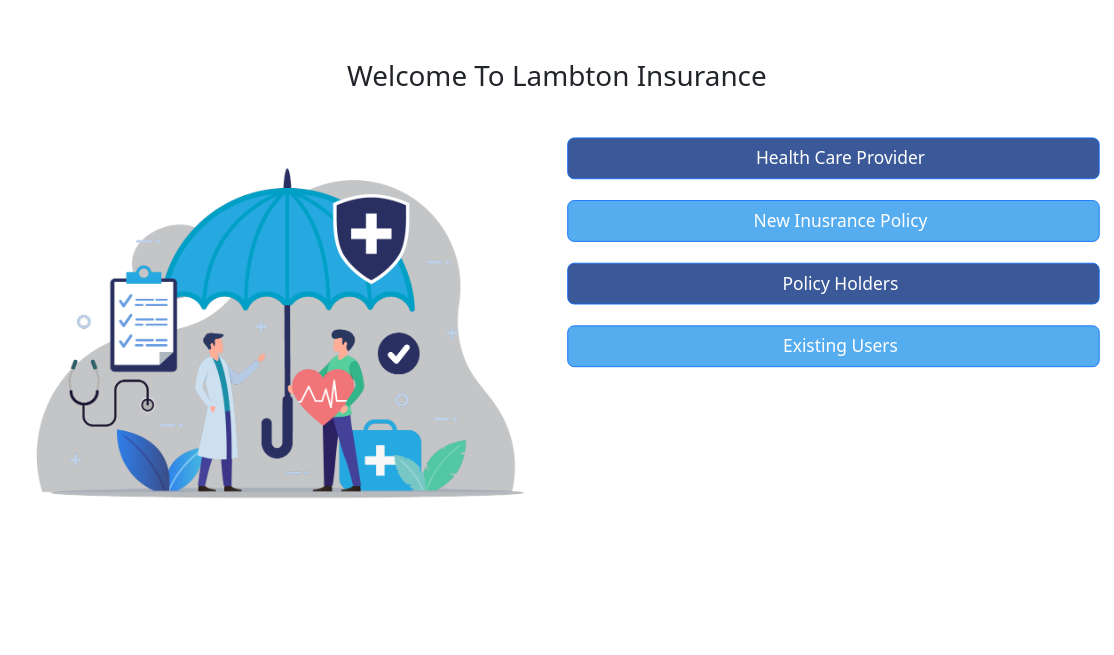
Repository: Puttaz/InsuranceGUI_React
Page: /index (app in client/)
These files come from the project's save history. The page is drawn as it stood at one moment and after the next save; the edit follows.
The browser window is 1280 px wide. The pictures show the whole page, at 87% of full size.
The project was rebuilt for these pictures with package versions that can differ from the ones it lists, and the page was loaded fresh each time. Also part of the build but not shown: client/vite.config.js, client/src/Index.css, client/src/Users.jsx, client/src/CreateUser.jsx, client/src/UpdateUser.jsx.

Above is the page before, as saved 2023-12-06 17:43:30.

### client/src/App.jsx
import { useState } from 'react'
import './App.css'
import {BrowserRouter, Routes, Route} from 'react-router-dom'
import 'bootstrap/dist/css/bootstrap.min.css'
import Index from './Index'
import Users from './Users'
import CreateUser from './CreateUser'
import UpdateUser from './UpdateUser'

function App() {
  const [count, setCount] = useState(0)

  return (
    <div>
      <BrowserRouter>
        <Routes>
          <Route path='/index' element = {<Index />}></Route>
          <Route path='/viewusers' element = {<Users />}></Route>
          <Route path='/createuser' element = {<CreateUser />}></Route>
          <Route path='/updateuser/:id' element = {<UpdateUser />}></Route>
        </Routes>
      </BrowserRouter>
    </div>
  )
}

export default App

### client/src/Index.jsx
import React from 'react';
import './App.css'; // Import your CSS file for styling
import Homepage from "./Homepage.png";
import './Index.css'

import {
  MDBContainer,
  MDBCol,
  MDBRow,
  MDBBtn,
  MDBIcon,
  MDBInput,
  MDBCheckbox
}
from 'mdb-react-ui-kit';

function App() {
  return (
    <MDBContainer fluid className="p-3 my-5">
      <div className="text-center">
      <h2 className="mt-1 mb-5 pb-1">Welcome To Lambton Insurance</h2>
      </div>
      <MDBRow>

        <MDBCol col='10' md='6'>

          <img src={Homepage}
          class="img-fluid" alt="home image" />
        </MDBCol>

        <MDBCol col='4' md='6'>

          <MDBBtn className="mb-4 w-100" size="lg" style={{backgroundColor: '#3b5998'}}>
            <MDBIcon fab icon="facebook-f" className="mx-2"/>
            Health Care Provider
          </MDBBtn>

          <MDBBtn className="mb-4 w-100" size="lg" style={{backgroundColor: '#55acee'}}>
            <MDBIcon fab icon="twitter" className="mx-2"/>
            New Inusrance Policy
          </MDBBtn>

          <MDBBtn className="mb-4 w-100" size="lg" style={{backgroundColor: '#3b5998'}}>
            <MDBIcon fab icon="facebook-f" className="mx-2"/>
            Policy Holders
          </MDBBtn>

          <MDBBtn className="mb-4 w-100" size="lg" style={{backgroundColor: '#55acee'}}>
            <MDBIcon fab icon="twitter" className="mx-2"/>
            Existing Users
          </MDBBtn>

        </MDBCol>

      </MDBRow>

    </MDBContainer>
  );
}

export default App;

Loaded but not shown: client/index.html (common file); client/src/main.jsx (common file); client/src/App.css (no stored copy; drawn as an empty file)

After the next save:
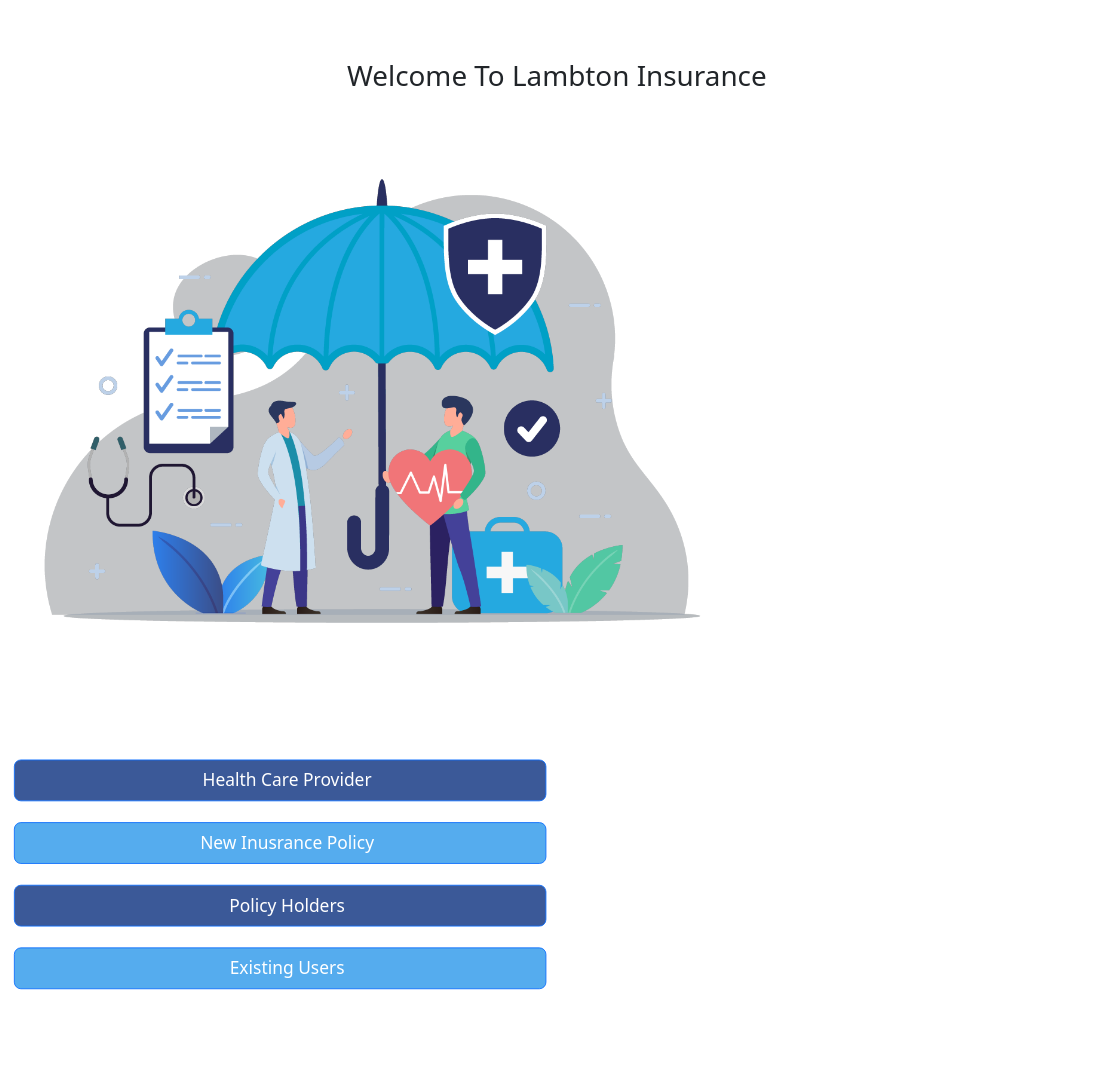
Saved 19 s later.
--- a/client/src/Index.jsx
+++ b/client/src/Index.jsx
@@ -22,7 +22,7 @@ function App() {
       </div>
       <MDBRow>
 
-        <MDBCol col='10' md='6'>
+        <MDBCol col='10' md='8'>
 
           <img src={Homepage}
           class="img-fluid" alt="home image" />
